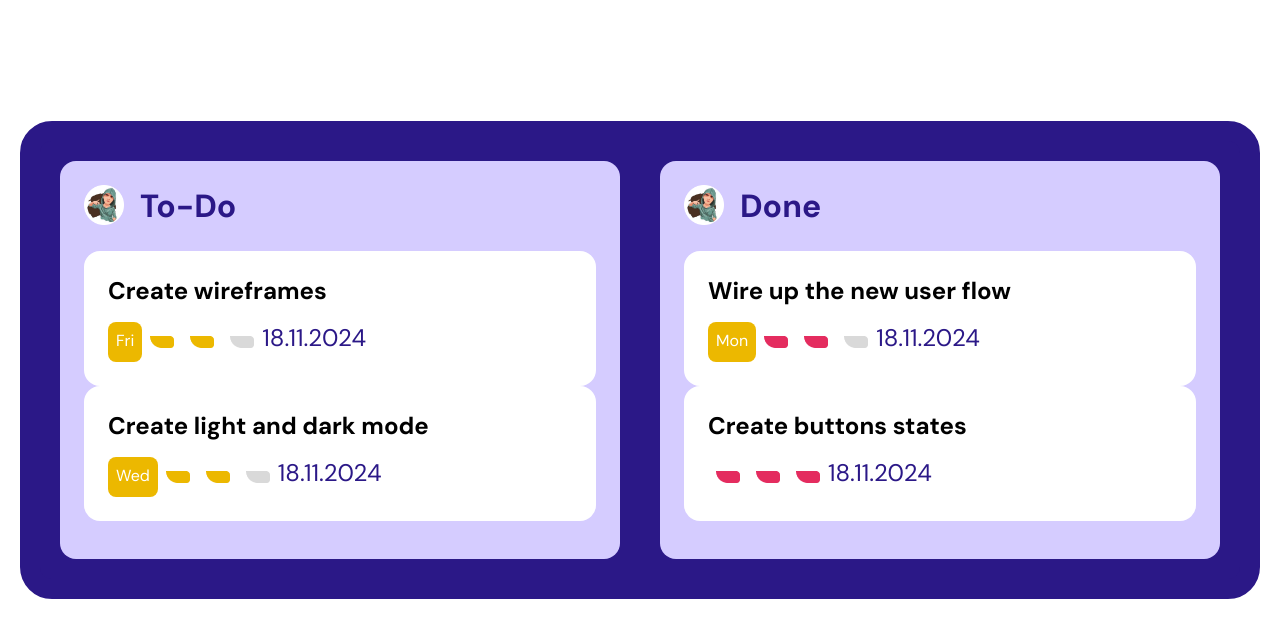
Repository: VitasYo/Kanban
Page: index.html
These files come from the project's save history. The page is drawn as it stood at one moment and after a run of saves; the edit follows.
The browser window is 1280 px wide. The pictures show the whole page.

Above is the page before, as saved 2024-04-15 20:04:40.

After the next 2 saves:
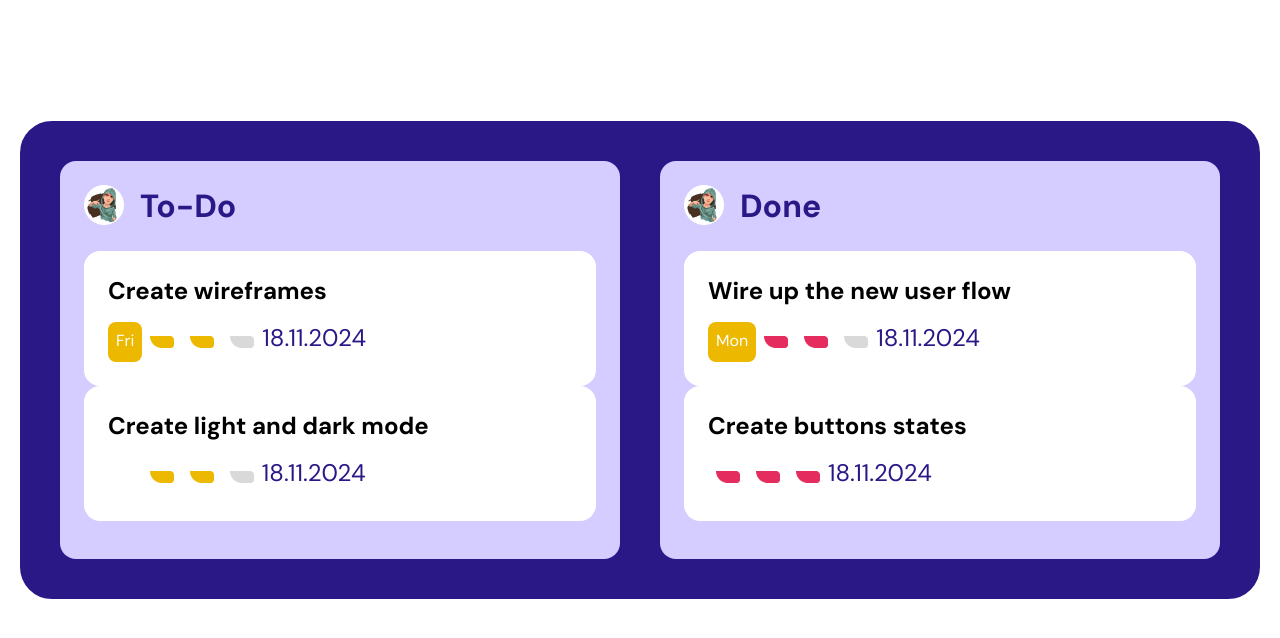
The 2 saves are shown as one change because they came seconds apart.
The last was saved 55 s later.
--- a/index.html
+++ b/index.html
@@ -28,7 +28,7 @@
       <div class="card">
         <div class="card_title">Create light and dark mode</div>
         <div class="card_items">
-          <div class="card_pin">Wed</div>
+          <div class="card_pin_yel">Wed</div>
           <div class="card_scale">
             <img class="card_scale_item" src="src/assets/img/yel_rect.png">
             <img class="card_scale_item" src="src/assets/img/yel_rect.png">
